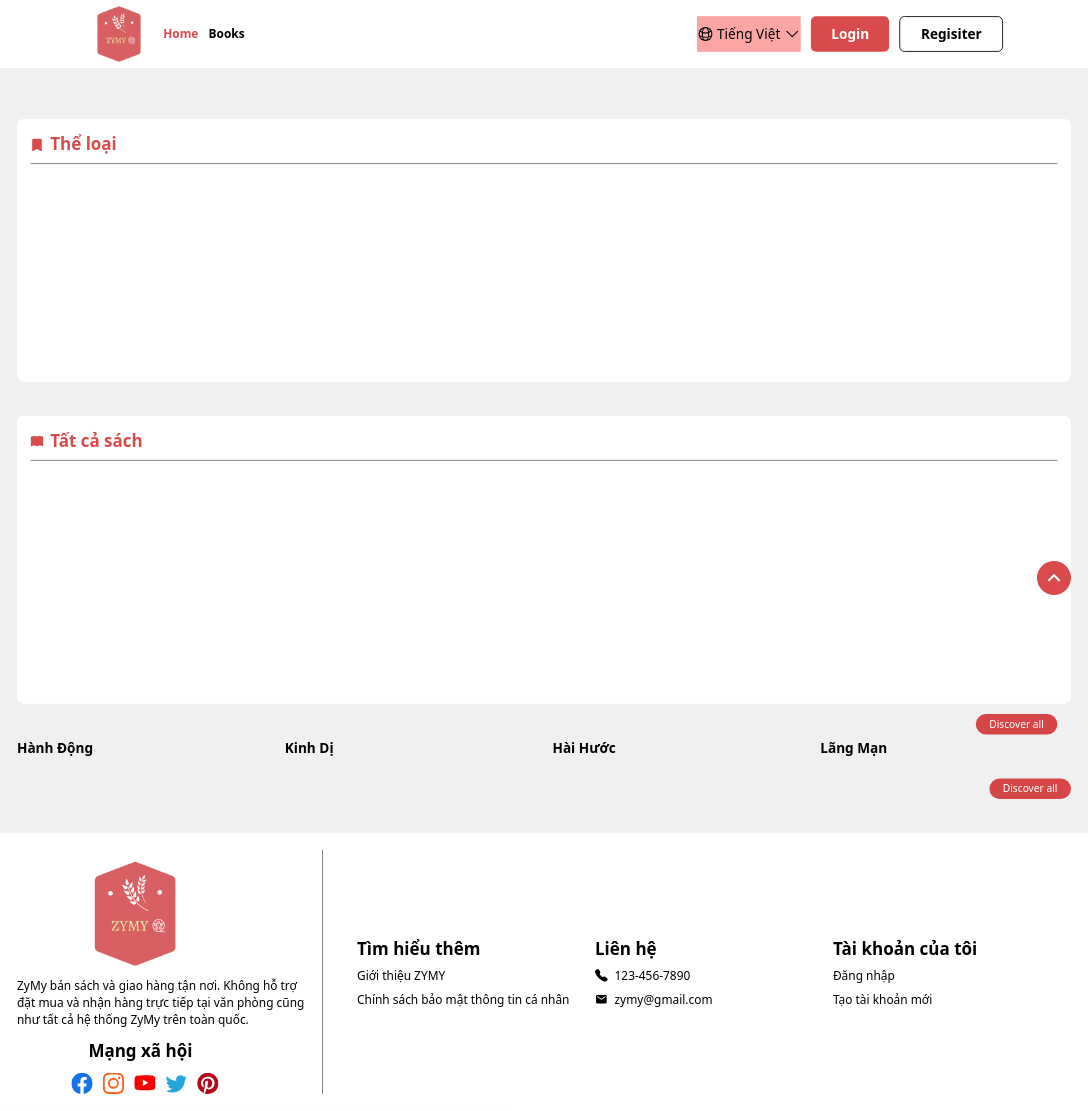
Repository: NguyenDinhThuyVy/website_selling_books
Page: / (app in FrontEnd/)
The author's editor kept a copy of each file at every save. The page is drawn from the files as they stood at one save, then again after the next save.
The browser window is 1280 px wide. The pictures show the whole page, at 85% of full size.
The page's requests for data from a server got no answer. The project was rebuilt for these pictures with package versions that can differ from the ones it lists, and the page was loaded fresh each time. Some packages were replaced by stand-ins written for this rebuild. The framework's server and built-in components were replaced by stand-ins that run in the browser. No one was signed in, and anything a server would have sent is missing. Also part of the build but not shown: FrontEnd/next.config.js, FrontEnd/src/components/InforLogin/styles.scss, FrontEnd/src/components/InforLogin/index.jsx, FrontEnd/src/app/(default)/(public)/home/components/CategoryColumn/CategoryColumnContent/index.jsx, FrontEnd/src/styles/CategoryItem.scss, FrontEnd/src/app/(default)/(public)/home/components/CategoryItem/index.jsx, FrontEnd/src/app/(default)/(public)/home/components/BannerItem/index.jsx, FrontEnd/src/styles/BookItem.scss and 1 more.

Above is the page before, as saved 2023-12-29 14:59:17.

### FrontEnd/src/app/layout.jsx
'use client';

import classNames from 'classnames';
import { Inter, Montserrat } from 'next/font/google';
import Script from 'next/script';

import './globals.css';
import 'react-toastify/dist/ReactToastify.css';
import 'swiper/scss/scrollbar';
import 'swiper/scss/pagination';
import 'swiper/css/navigation';
import 'swiper/scss';
import '../../node_modules/nprogress/nprogress.css';
import 'sweetalert2/src/sweetalert2.scss';
import { ToastContainer } from 'react-toastify';
import { Provider } from 'react-redux';
import store from '@/redux/store';
import Backtop from '@/components/Backtop';

const inter = Inter({
  subsets: ['latin'],
  variable: '--font-inter',
});

const montserrat = Montserrat({
  subsets: ['latin'],
  variable: '--font-montserrat',
});

export default function RootLayout({ children }) {
  return (
    <html lang="en">
      <head>
        {/* <Script>
          {typeof window !== 'undefined' &&
            (function (w, d, s, l, i) {
              w[l] = w[l] || [];
              w[l].push({ 'gtm.start': new Date().getTime(), event: 'gtm.js' });
              var f = d.getElementsByTagName(s)[0],
                j = d.createElement(s),
                dl = l != 'dataLayer' ? '&l=' + l : '';
              j.async = true;
              j.src = 'https://www.googletagmanager.com/gtm.js?id=' + i + dl;
              f.parentNode.insertBefore(j, f);
            })(window, document, 'script', 'dataLayer', 'GTM-WV3P6XBH')}
        </Script> */}
        <Script
          async
          src="https://www.googletagmanager.com/gtag/js?id=G-Y35FP8XXTL"
        ></Script>
        <Script
          id="clarity_script"
          strategy="afterInteractive"
          dangerouslySetInnerHTML={{
            __html: `
              window.dataLayer = window.dataLayer || [];
              function gtag(){dataLayer.push(arguments);}
              gtag('js', new Date());
              gtag('config', 'G-Y35FP8XXTL');
            `,
          }}
        />
      </head>
      <body
        className={classNames(
          inter.variable,
          montserrat.variable,
          'flex flex-col min-h-screen'
        )}
      >
        <Provider store={store}>{children}</Provider>
        <ToastContainer autoClose={1000} />
        <Backtop />
      </body>
    </html>
  );
}

### FrontEnd/src/app/page.jsx
import React from 'react';

const HomePage = React.lazy(() => import('./(default)/(public)/home'));

export default HomePage;

### FrontEnd/src/app/globals.css
@tailwind base;
@tailwind components;
@tailwind utilities;

@layer base {
  body {
    background-color: #f0f0f0;
  }
  .wrapper-content {
    max-width: 1340px;
    margin: 0 auto;
    padding: 0 20px;
  }
  .book-list .swiper,
  .category-list .swiper,
  .list-comment .swiper {
    height: 100%;
  }
  .button-next,
  .button-prev {
    position: relative;
    z-index: 20;
  }
  .book-list .swiper .swiper-pagination {
    transform: translateY(12px);
    z-index: 20;
  }
}

### FrontEnd/src/redux/store.jsx
import { configureStore } from '@reduxjs/toolkit';
import rootReducer from './reducers/index';

const store = configureStore({
  reducer: rootReducer,
  // Các tùy chọn khác như middleware có thể được thêm ở đây
});

export default store;

### FrontEnd/src/components/Backtop/index.jsx
import Link from 'next/link';
import React from 'react';
import { MdOutlineKeyboardArrowUp } from 'react-icons/md';

const Backtop = () => {
  return (
    <span className="fixed bottom-5 right-5 rounded-full z-30 w-10 h-10 backtop bg-[#ce1515c4] flex items-center justify-center hover:bg-opacity-70 transition-all">
      <Link href="#" className="flex items-center justify-center w-full h-full">
        <MdOutlineKeyboardArrowUp size="30px" color="white" />
      </Link>
    </span>
  );
};

export default Backtop;

### FrontEnd/src/redux/reducers/index.jsx
import { combineReducers } from '@reduxjs/toolkit';
import menuReducer from './menuReducer';
import formAddReducer from './formAddReducer';
import globalReducer from './globalReducer';
import updateInforReducer from './updateInforReducer';

const rootReducer = combineReducers({
  menu: menuReducer,
  form: formAddReducer,
  darkMode: globalReducer,
  updateInfor: updateInforReducer,
  // Thêm các reducer khác ở đây
});

export default rootReducer;

### FrontEnd/src/components/Heading/index.jsx
const Heading = ({ children }) => {
  return (
    <div className="text-xl font-semibold text-[#ce1515c4]">{children}</div>
  );
};

export default Heading;

### FrontEnd/src/components/layout/Header/index.jsx
'use client';

import Link from 'next/link';
import routes from '@/constant/routes';
import Button from '@/components/Button';
import { usePathname } from 'next/navigation';
import { useEffect } from 'react';
import { useState } from 'react';
import Image from 'next/image';
import logo from '../../../assets/logo.png';
import InforLogin from '@/components/InforLogin';
import Popover from '@/components/Popover';

export default function Header() {
  const pathname = usePathname();
  const [auth, setAuth] = useState(null);
  useEffect(() => {
    const auth = sessionStorage.getItem('auth');
    if (auth) {
      setAuth(JSON.parse(auth));
    }
  }, []);
  return (
    <header className="flex items-center gap-x-3 px-[100px] bg-white">
      <div className="w-[80px] h-[80px]">
        <Link href={routes.HOME}>
          <Image src={logo} alt="" className="object-cover w-full h-full" />
        </Link>
      </div>
      <div className="flex items-center gap-x-3">
        <Link
          href={routes.HOME}
          className={
            pathname === routes.HOME
              ? 'text-[#ce1515c4] font-semibold text-sm'
              : 'text-sm font-semibold'
          }
        >
          Home
        </Link>
        <Link
          href={routes.ALLBOOK}
          className={
            pathname === routes.ALLBOOK
              ? 'text-[#ce1515c4] font-semibold text-sm'
              : 'text-sm font-semibold'
          }
        >
          Books
        </Link>
      </div>
      <div className="flex ml-auto gap-x-3">
        {auth ? (
          <>
            <Popover
              className="flex items-center py-1 hover:text-gray-300 cursor-pointer bg-red-300 z-40"
              renderPopover={
                <div className="bg-white relative shadow-md rounded-sm border border-gray-200 z-40">
                  <div className="flex flex-col py-2 pr-28 pl-3">
                    <button className="py-2 px-3 hover:text-orange">
                      Tiếng Việt
                    </button>
                    <button className="py-2 px-3 hover:text-orange mt-2">
                      English
                    </button>
                  </div>
                </div>
              }
            >
              {' '}
              <svg
                xmlns="http://www.w3.org/2000/svg"
                fill="none"
                viewBox="0 0 24 24"
                strokeWidth={1.5}
                stroke="currentColor"
                className="w-5 h-5"
              >
                <path
                  strokeLinecap="round"
                  strokeLinejoin="round"
                  d="M12 21a9.004 9.004 0 008.716-6.747M12 21a9.004 9.004 0 01-8.716-6.747M12 21c2.485 0 4.5-4.03 4.5-9S14.485 3 12 3m0 18c-2.485 0-4.5-4.03-4.5-9S9.515 3 12 3m0 0a8.997 8.997 0 017.843 4.582M12 3a8.997 8.997 0 00-7.843 4.582m15.686 0A11.953 11.953 0 0112 10.5c-2.998 0-5.74-1.1-7.843-2.918m15.686 0A8.959 8.959 0 0121 12c0 .778-.099 1.533-.284 2.253m0 0A17.919 17.919 0 0112 16.5c-3.162 0-6.133-.815-8.716-2.247m0 0A9.015 9.015 0 013 12c0-1.605.42-3.113 1.157-4.418"
                />
              </svg>
              <span className="mx-1">Tiếng Việt</span>
              <svg
                xmlns="http://www.w3.org/2000/svg"
                fill="none"
                viewBox="0 0 24 24"
                strokeWidth={1.5}
                stroke="currentColor"
                className="w-5 h-5"
              >
                <path
                  strokeLinecap="round"
                  strokeLinejoin="round"
                  d="M19.5 8.25l-7.5 7.5-7.5-7.5"
                />
              </svg>
            </Popover>
            <InforLogin />
          </>
        ) : (
          <>
            <Popover
              className="flex items-center py-1 hover:text-gray-300 cursor-pointer  z-40 bg-red-300 "
              renderPopover={
                <div className="bg-red-300 relative shadow-md rounded-sm border border-gray-200 z-40">
                  <div className="flex flex-col py-2 pr-28 pl-3">
                    <button className="py-2 px-3 hover:text-orange">
                      Tiếng Việt
                    </button>
                    <button className="py-2 px-3 hover:text-orange mt-2">
                      English
                    </button>
                  </div>
                </div>
              }
            >
              {' '}
              <svg
                xmlns="http://www.w3.org/2000/svg"
                fill="none"
                viewBox="0 0 24 24"
                strokeWidth={1.5}
                stroke="currentColor"
                className="w-5 h-5"
              >
                <path
                  strokeLinecap="round"
                  strokeLinejoin="round"
                  d="M12 21a9.004 9.004 0 008.716-6.747M12 21a9.004 9.004 0 01-8.716-6.747M12 21c2.485 0 4.5-4.03 4.5-9S14.485 3 12 3m0 18c-2.485 0-4.5-4.03-4.5-9S9.515 3 12 3m0 0a8.997 8.997 0 017.843 4.582M12 3a8.997 8.997 0 00-7.843 4.582m15.686 0A11.953 11.953 0 0112 10.5c-2.998 0-5.74-1.1-7.843-2.918m15.686 0A8.959 8.959 0 0121 12c0 .778-.099 1.533-.284 2.253m0 0A17.919 17.919 0 0112 16.5c-3.162 0-6.133-.815-8.716-2.247m0 0A9.015 9.015 0 013 12c0-1.605.42-3.113 1.157-4.418"
                />
              </svg>
              <span className="mx-1">Tiếng Việt</span>
              <svg
                xmlns="http://www.w3.org/2000/svg"
                fill="none"
                viewBox="0 0 24 24"
                strokeWidth={1.5}
                stroke="currentColor"
                className="w-5 h-5"
              >
                <path
                  strokeLinecap="round"
                  strokeLinejoin="round"
                  d="M19.5 8.25l-7.5 7.5-7.5-7.5"
                />
              </svg>
            </Popover>

            <Button kind="primary" to={routes.LOGIN}>
              Login
            </Button>
            <Button kind="secondary" to={routes.REGISTER} isBorder={true}>
              Regisiter
            </Button>
          </>
        )}
      </div>
    </header>
  );
}

### FrontEnd/src/app/(default)/(public)/home/components/CategoryColumn/CategoryColumnHorror/index.jsx
'use client';

import React, { useState } from 'react';
import CategoryColumnContent from '../CategoryColumnContent';
import { getBookByCategory } from '@/services/bookService';
import { useEffect } from 'react';

const CategoryColumnHorror = () => {
  const [listBookHorror, setListBookHorror] = useState([]);
  const fetchBookByHorror = async () => {
    const res = await getBookByCategory('Horror');
    if (res && res?.data?.errCode === 0) {
      setListBookHorror(res?.data?.book);
    }
  };
  useEffect(() => {
    fetchBookByHorror();
  }, []);
  return (
    <>
      <h1 className="mb-3 font-semibold">Kinh Dị</h1>
      <div className="flex w-full gap-x-3">
        <div className="flex flex-col w-full bg-white rounded-lg">
          {listBookHorror?.length > 0 &&
            listBookHorror
              ?.slice(0, 5)
              ?.map((book, index) => (
                <CategoryColumnContent key={index} data={book} />
              ))}
        </div>
      </div>
    </>
  );
};

export default CategoryColumnHorror;

### FrontEnd/src/app/(default)/(public)/home/components/Category/index.jsx
'use client';

import CategoryItem from '../CategoryItem';
import { Swiper, SwiperSlide } from 'swiper/react';
import { Navigation, Pagination } from 'swiper';
import { useState } from 'react';
import { getAllCategory } from '@/services/categories';
import { useEffect } from 'react';

const Category = () => {
  const [listCategory, setListCategory] = useState([]);
  const fetchListCategory = async () => {
    const res = await getAllCategory();
    if (res && res?.data?.errCode === 0) {
      setListCategory(res?.data?.categories);
    }
  };
  useEffect(() => {
    fetchListCategory();
  }, []);
  return (
    <div className="mt-5 category-list h-[220px]">
      <Swiper
        modules={[Navigation, Pagination]}
        spaceBetween={20}
        slidesPerView={6}
        navigation
        grabCursor={'true'}
        pagination={{ clickable: true }}
      >
        {listCategory?.length > 0 &&
          listCategory?.map((category, index) => (
            <SwiperSlide key={index}>
              <CategoryItem category={category} imageFolder="/Image/" />
            </SwiperSlide>
          ))}
      </Swiper>
    </div>
  );
};

export default Category;

### FrontEnd/src/app/(default)/(public)/home/components/Banner/index.jsx
'use client';

import { useState } from 'react';
import BannerItem from '../BannerItem';
import { Navigation, Pagination, Scrollbar, A11y } from 'swiper';
import { Swiper, SwiperSlide } from 'swiper/react';
import { getAllBookWithPagination } from '@/services/bookService';
import { useEffect } from 'react';

const Banner = () => {
  const [listBook, setListBook] = useState([]);
  const fectchBannerBook = async () => {
    const res = await getAllBookWithPagination(1, 4);
    if (res && res?.data) {
      setListBook(res?.data?.books);
    }
  };
  useEffect(() => {
    fectchBannerBook();
  }, []);
  return (
    <div className="mt-5 cursor-pointer">
      <Swiper
        modules={[Navigation, Pagination, Scrollbar, A11y]}
        slidesPerView={1}
        pagination={{ clickable: true }}
      >
        {listBook?.length > 0 &&
          listBook?.slice(0, 4)?.map((book, index) => (
            <SwiperSlide key={index}>
              <BannerItem book={book}></BannerItem>
            </SwiperSlide>
          ))}
      </Swiper>
    </div>
  );
};

export default Banner;

### FrontEnd/src/app/(default)/(public)/home/components/CategoryColumn/CategoryColumnAction/index.jsx
'use client';

import React, { useEffect, useState } from 'react';
import CategoryColumnContent from '../CategoryColumnContent';
import { getBookByCategory } from '@/services/bookService';

const CategoryColumnAction = () => {
  const [listBookAction, setListBookAction] = useState([]);
  const fetchBookByAction = async () => {
    const res = await getBookByCategory('Action');
    if (res && res?.data?.errCode === 0) {
      setListBookAction(res?.data?.book);
    }
  };
  useEffect(() => {
    fetchBookByAction();
  }, []);
  return (
    <>
      <h1 className="mb-3 font-semibold">Hành Động</h1>
      <div className="flex w-full gap-x-3">
        <div className="flex flex-col w-full bg-white rounded-lg">
          {listBookAction?.length > 0 &&
            listBookAction
              ?.slice(0, 5)
              ?.map((book, index) => (
                <CategoryColumnContent key={index} data={book} />
              ))}
        </div>
      </div>
    </>
  );
};

export default CategoryColumnAction;

### FrontEnd/src/app/(default)/(public)/home/components/CategoryColumn/CategoryColumnRomance/index.jsx
'use client';

import React, { useEffect, useState } from 'react';
import CategoryColumnContent from '../CategoryColumnContent';
import { getBookByCategory } from '@/services/bookService';

const CategoryColumnRomance = () => {
  const [listBookRomance, setListBookRomance] = useState([]);
  const fetchBookByRomance = async () => {
    const res = await getBookByCategory('Romance');
    if (res && res?.data?.errCode === 0) {
      setListBookRomance(res?.data?.book);
    }
  };
  useEffect(() => {
    fetchBookByRomance();
  }, []);
  return (
    <>
      <h1 className="mb-3 font-semibold">Lãng Mạn</h1>
      <div className="flex w-full gap-x-3">
        <div className="flex flex-col w-full bg-white rounded-lg">
          {listBookRomance?.length > 0 &&
            listBookRomance
              ?.slice(0, 5)
              ?.map((book, index) => (
                <CategoryColumnContent key={index} data={book} />
              ))}
        </div>
      </div>
    </>
  );
};

export default CategoryColumnRomance;

### FrontEnd/src/app/(default)/(public)/home/components/CategoryColumn/CategoryComedy/index.jsx
'use client';

import React, { useEffect, useState } from 'react';
import CategoryColumnContent from '../CategoryColumnContent';
import { getBookByCategory } from '@/services/bookService';

const CategoryComedy = () => {
  const [listBookComedy, setBookListComedy] = useState([]);
  const fetchBookByComedy = async () => {
    const res = await getBookByCategory('Comedy');
    if (res && res?.data?.errCode === 0) {
      setBookListComedy(res?.data?.book);
    }
  };
  useEffect(() => {
    fetchBookByComedy();
  }, []);
  return (
    <>
      <h1 className="mb-3 font-semibold">Hài Hước</h1>
      <div className="flex w-full gap-x-3">
        <div className="flex flex-col w-full bg-white rounded-lg">
          {listBookComedy?.length > 0 &&
            listBookComedy
              ?.slice(0, 5)
              ?.map((book, index) => (
                <CategoryColumnContent key={index} data={book} />
              ))}
        </div>
      </div>
    </>
  );
};

export default CategoryComedy;

### FrontEnd/src/app/(default)/(public)/home/style/styled.scss
:root {
  --white: #fff;
  --bcg-detail-color: #f8f8f8;
  --bcg-add: #ce1515c4;
}
*::-moz-selection {
  background-color: var(--bcg-detail-color);
  color: var(--white);
}

*::selection {
  background-color: var(--bcg-add);
  color: var(--white);
}
::-webkit-scrollbar {
  height: 1px;
  width: 10px;
  border-radius: 50%;
}

::-webkit-scrollbar-track {
  background-color: transparent;
}

::-webkit-scrollbar-thumb {
  background-color: #77777758;
  border-radius: 20px;
}

### FrontEnd/src/redux/reducers/menuReducer.jsx
// reducers/counterSlice.ts
import { createSlice } from '@reduxjs/toolkit';

const initialState = {
  collapsed: false,
};
const menuSlice = createSlice({
  name: 'counter',
  initialState,
  reducers: {
    toggleMenu: (state) => {
      state.collapsed = !state.collapsed;
    },
  },
});

export const { toggleMenu } = menuSlice.actions;
export default menuSlice.reducer;

### FrontEnd/src/redux/reducers/globalReducer.jsx
import { createSlice } from '@reduxjs/toolkit';

const initialState = {
  darkMode: false,
};
const globalReducer = createSlice({
  name: 'global',
  initialState,
  reducers: {
    toggleDarkMode: (state, actions) => {
      return {
        ...state,
        darkMode: actions.payload,
      };
    },
  },
});

export const { toggleDarkMode } = globalReducer.actions;
export default globalReducer.reducer;

### FrontEnd/src/redux/reducers/updateInforReducer.jsx
import { createSlice } from '@reduxjs/toolkit';

const initialState = {
  isUpdate: false,
};
const updateInforReducer = createSlice({
  name: 'update',
  initialState,
  reducers: {
    updateReducer: (state) => {
      return {
        ...state,
        isUpdate: !state.isUpdate,
      };
    },
  },
});

export const { updateReducer } = updateInforReducer.actions;
export default updateInforReducer.reducer;

### FrontEnd/src/components/Button/index.jsx
'use client';
import React from 'react';
import { useRouter } from 'next/navigation';

const Button = ({
  type = 'submit',
  kind,
  children,
  to,
  isBorder = false,
  ...props
}) => {
  const router = useRouter();
  let bgcClassName = '';
  let colorText = '';
  switch (kind) {
    case 'primary':
      bgcClassName = 'bg-[#ce1515c4]';
      colorText = 'text-white';
      break;
    case 'secondary':
      bgcClassName = 'bg-white';
      colorText = 'text-black';
      break;
    default:
      break;
  }
  if (to) {
    return (
      <button
        type={type}
        className={`px-6 py-2 w-max text-base font-semibold cursor-pointer rounded-md hover:opacity-80 transition-all ${bgcClassName} ${colorText} ${
          isBorder ? 'border border-black' : ''
        }`}
        onClick={() => router.push(to)}
      >
        {children}
      </button>
    );
  }
  return (
    <button
      type={type}
      className={`px-6 py-2 w-max text-base font-semibold cursor-pointer rounded-md hover:opacity-80 transition-all ${bgcClassName} ${colorText} ${
        isBorder ? 'border border-black' : ''
      }`}
      {...props}
    >
      {children}
    </button>
  );
};

export default Button;

### FrontEnd/src/styles/SwiperButton.scss
.swiper-button-next,
.swiper-button-prev {
  width: 25px !important;
  height: 25px !important;
  background-color: #bc3232c4 !important;
  border-radius: 50%;
  z-index: 100 !important;
}
.swiper-button-next::after,
.swiper-button-prev::after {
  color: white;
  font-size: 10px !important;
  font-weight: 800;
}
.swiper-button-next::after {
  transform: translate(1px, 1px);
}
.swiper-button-prev::after {
  transform: translateY(1px);
}

Loaded but not shown: FrontEnd/src/utils/axiosCustomize.js (47 lines, source omitted); FrontEnd/src/services/bookService.js (42 lines, source omitted); FrontEnd/tailwind.config.js (33 lines, source omitted); FrontEnd/src/constant/routes.js (30 lines, source omitted); FrontEnd/src/services/categories.js (7 lines, source omitted); FrontEnd/src/components/layout/Footer/index.jsx (97 lines, source omitted); FrontEnd/src/app/(default)/(public)/home/index.jsx (66 lines, source omitted); FrontEnd/src/components/Popover/index.jsx (73 lines, source omitted); FrontEnd/src/components/BookList/index.jsx (53 lines, source omitted); FrontEnd/src/redux/reducers/formAddReducer.jsx (68 lines, source omitted)

After the next save:
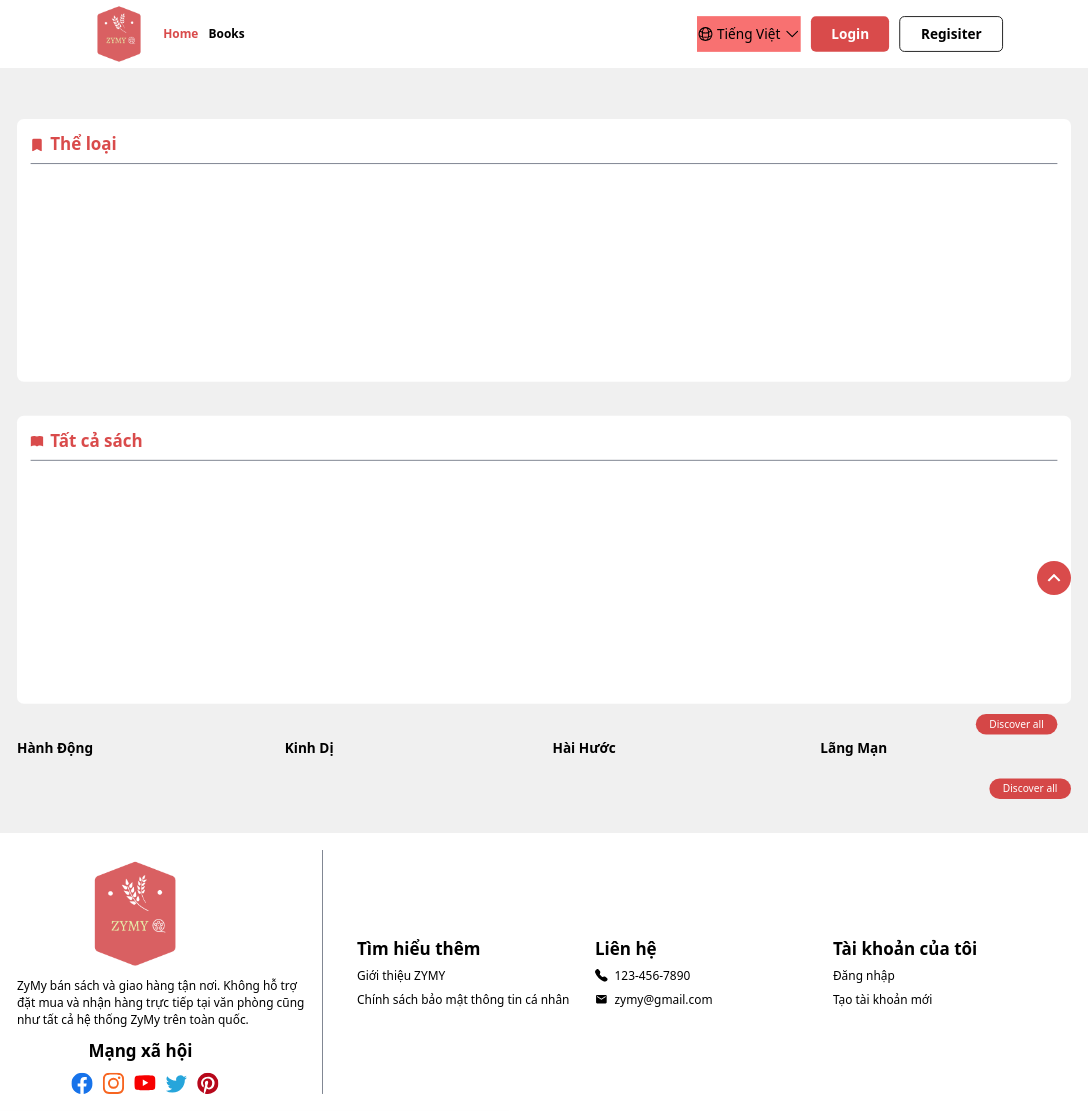
Saved 42 s later.
--- a/FrontEnd/src/components/layout/Header/index.jsx
+++ b/FrontEnd/src/components/layout/Header/index.jsx
@@ -103,7 +103,7 @@ export default function Header() {
         ) : (
           <>
             <Popover
-              className="flex items-center py-1 hover:text-gray-300 cursor-pointer  z-40 bg-red-300 "
+              className="flex items-center py-1 hover:text-gray-300 cursor-pointer  z-40 bg-red-400 "
               renderPopover={
                 <div className="bg-red-300 relative shadow-md rounded-sm border border-gray-200 z-40">
                   <div className="flex flex-col py-2 pr-28 pl-3">
